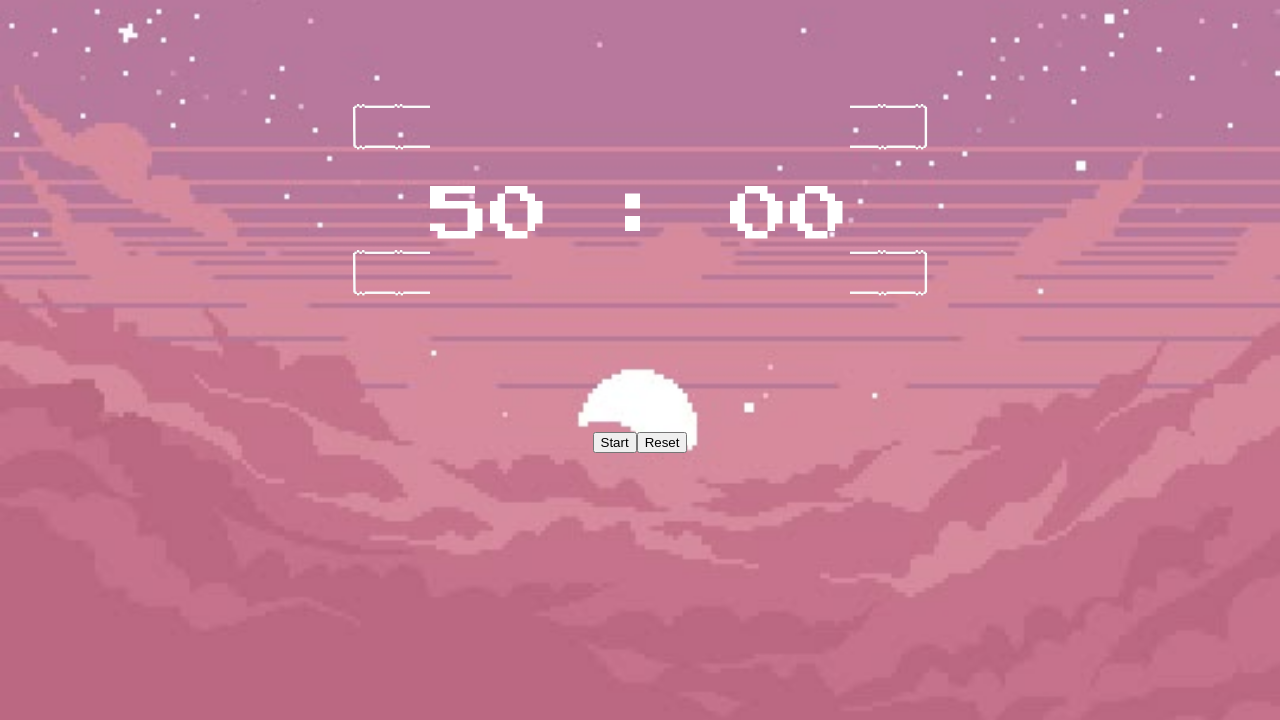
Repository: niharikapatil2306/Study-Timer
Page: index.html
These files come from the project's save history. The page is drawn as it stood at one moment and after the next save; the edit follows.
The browser window is 1280 px wide. The pictures show the whole page.

Above is the page before, as saved 2025-02-15 17:39:40.

After the next save:
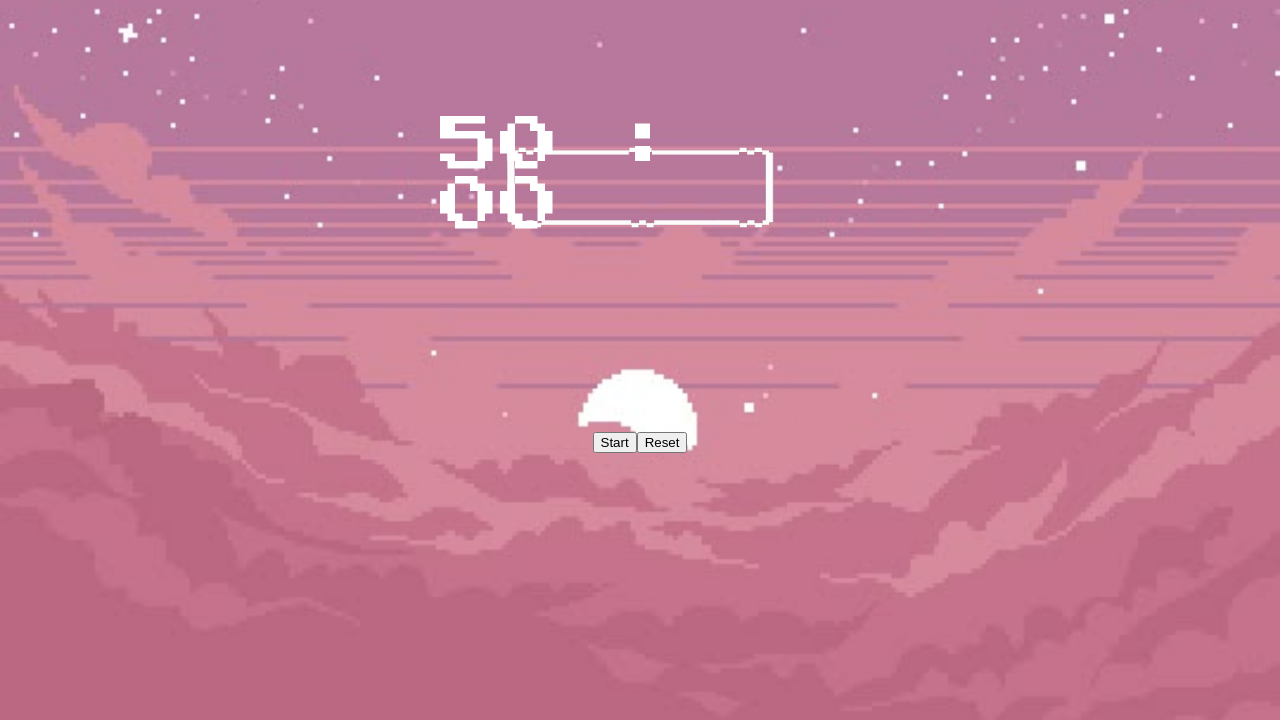
Saved 68 s later.
--- a/style.css
+++ b/style.css
@@ -10,8 +10,10 @@ body {
 }
 
 .box{
-    border: 100px solid transparent;
-    border-image: url('./img/border1.png') 400 round;
+    width: 400px;   /* same as your border image width */
+    height: 200px;  /* same as your border image height */
+    background: url('./img/border1.png') no-repeat center center;
+    background-size: 400px 200px;
 }
 
 .timer{
